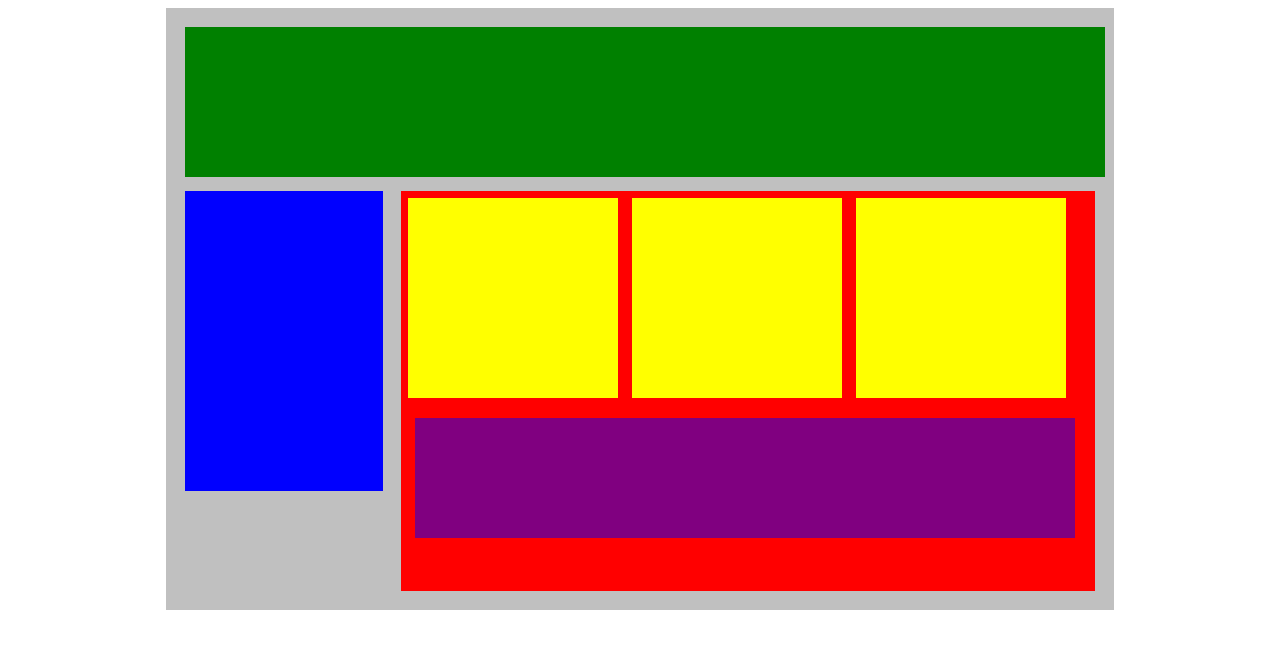
Repository: Fredy452/Fundamentos_de_la_Web
Page: Trabajos/Bloques-Flex/index.html
The author's editor kept a copy of each file at every save. The page is drawn from the files as they stood at one save, then again after the next save.
The browser window is 1280 px wide. The pictures show the whole page.

Above is the page before, as saved 2023-06-16 18:28:01.

After the next save:
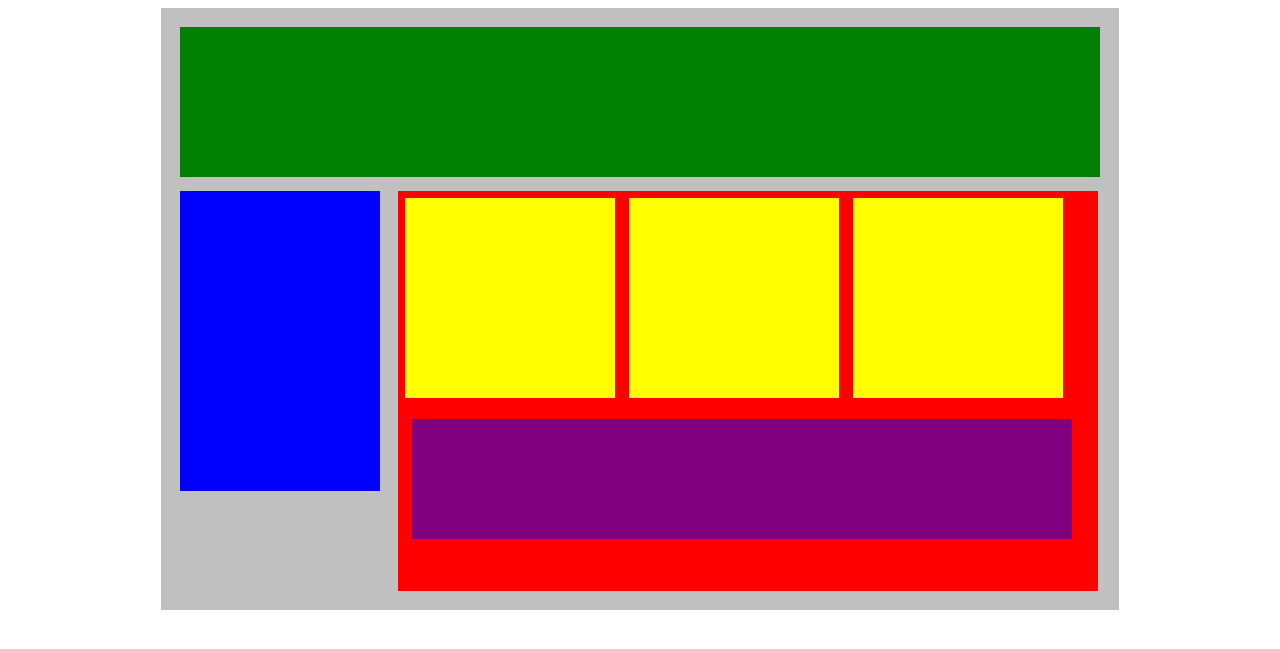
Saved 8 s later.
--- a/Trabajos/Bloques-Flex/style.css
+++ b/Trabajos/Bloques-Flex/style.css
@@ -1,5 +1,5 @@
 .container{
-    width: 910px;
+    width: 920px;
     background-color:silver;
     margin: 0 auto;
     padding: 1.5%;
